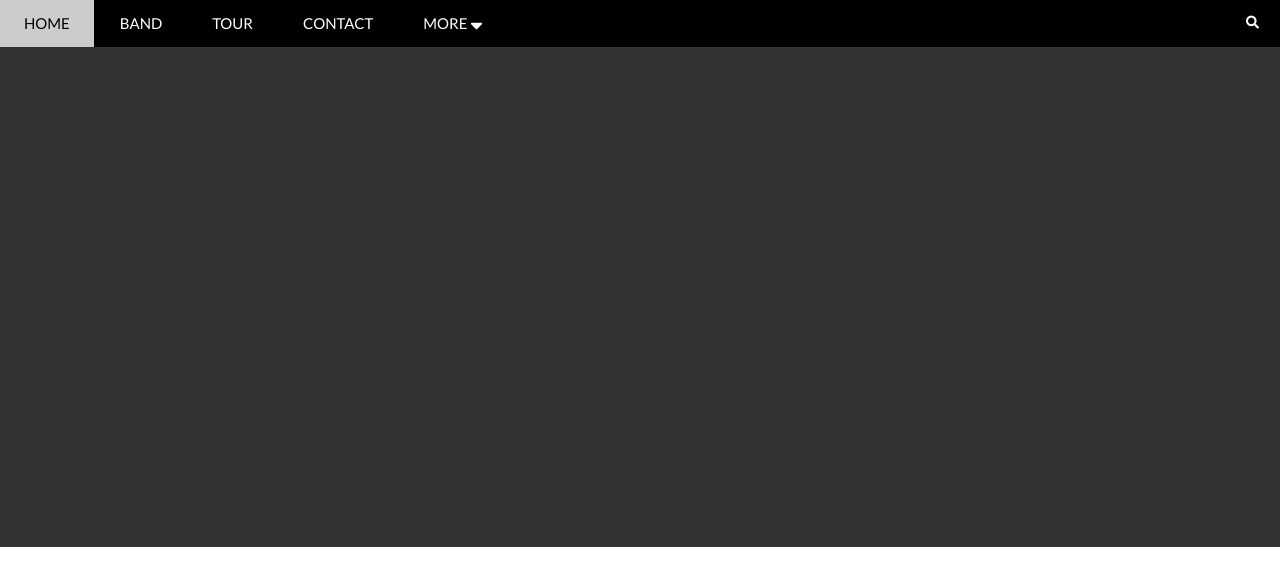
Repository: nguyenthaicong265/w3-band
Page: index.html
These files come from the project's save history. The page is drawn as it stood at one moment and after the next save; the edit follows.
The browser window is 1280 px wide. The pictures show the whole page.
The pointer rests on the first visible `#header .search-button`.

Above is the page before, as saved 2021-12-28 11:30:15.

After the next save:
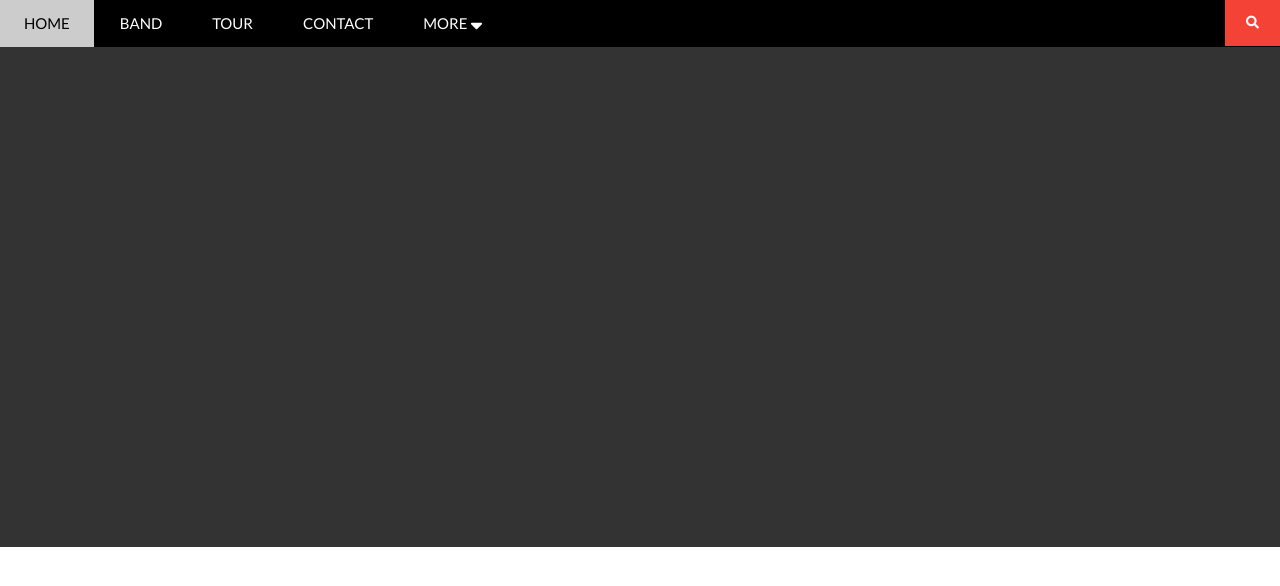
Saved 80 s later.
--- a/assets/css/styles.css
+++ b/assets/css/styles.css
@@ -23,6 +23,11 @@ html {
 #header .search-button {
     float: right;
     padding: 0 21px;
+}
+
+#header .search-button:hover {
+    background-color: #f44336!important;
+
 }
 
 #header .fa-search {
